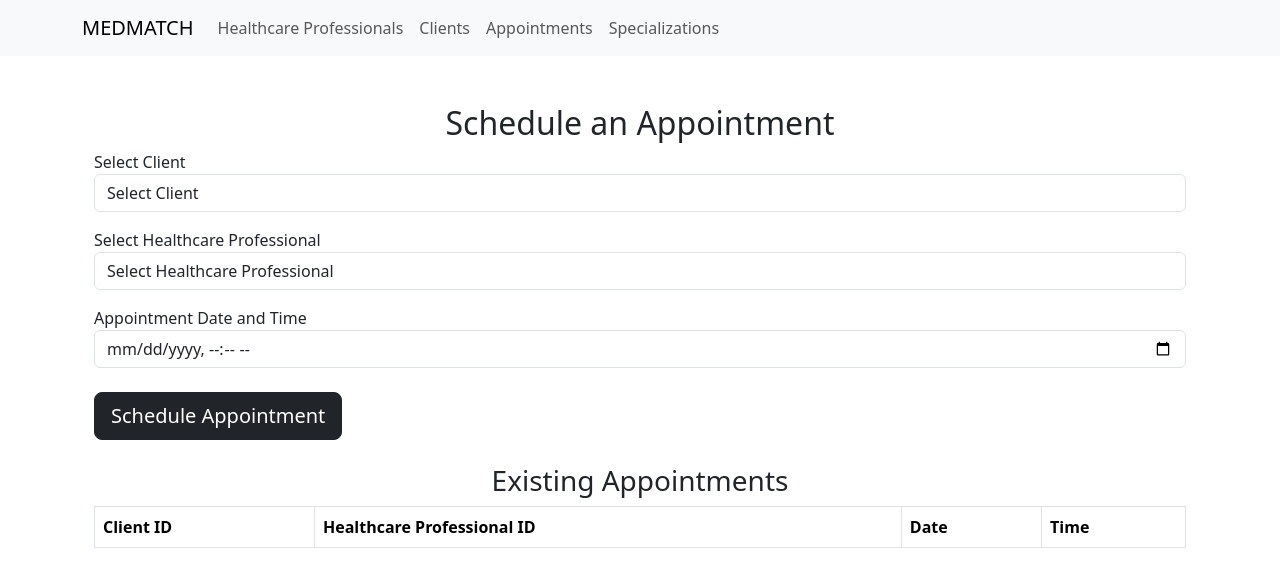
Repository: fahma20/medmatch-platform
Page: /appointments (app in client/)
These files come from the project's save history. The page is drawn as it stood at one moment and after the next save; the edit follows.
The browser window is 1280 px wide. The pictures show the whole page.
The page's requests for data from a server got no answer. The project was rebuilt for these pictures with package versions that can differ from the ones it lists, and the page was loaded fresh each time. No one was signed in, and anything a server would have sent is missing. Also part of the build but not shown: client/src/components/Healthcareprofessionals.js, client/src/components/Specializations.js, client/src/components/Clients.js, client/src/components/Homepage.js.

Above is the page before, as saved 2025-02-01 15:03:26.

### client/src/index.js
import React from "react";
import ReactDOM from "react-dom";
import App from './components/App';  // Correct path to the App component


ReactDOM.render(
  <React.StrictMode>
    <App />
  </React.StrictMode>,
  document.getElementById("root")
);

### client/src/components/App.js
import React from 'react';
import { BrowserRouter as Router, Routes, Route } from 'react-router-dom';
import 'bootstrap/dist/css/bootstrap.min.css';

import HealthcareProfessionals from './Healthcareprofessionals'; // Ensure the correct name and casing
import Specializations from './Specializations';
import Appointments from './Appointments';
import Clients from './Clients';
import Navbar from './Navbar';
import HomePage from './Homepage'; // Corrected import to HomePage

const App = () => {
  return (
    <Router>
      <Navbar /> {/* Your Navbar component */}
      <div className="container mt-5">
        <Routes>
          {/* Add HomePage as the route for the root path */}
          <Route path="/" element={<HomePage />} /> {/* Home Page */}
          <Route path="/clients" element={<Clients />} />
          <Route path="/appointments" element={<Appointments />} />
          <Route path="/specializations" element={<Specializations />} />
          <Route path="/healthcare-professionals" element={<HealthcareProfessionals />} /> {/* Healthcare Professionals Page */}
        </Routes>
      </div>
    </Router>
  );
};

export default App;

### client/src/components/Appointments.js

/*
import React, { useState, useEffect } from 'react';
import { Formik, Field, Form, ErrorMessage } from 'formik';
import * as Yup from 'yup';

const Appointments = () => {
  const [appointments, setAppointments] = useState([]);

  // Fetch appointments
  useEffect(() => {
    const fetchAppointments = async () => {
      try {
        const response = await fetch('http://127.0.0.1:5000/api/appointments');
        const data = await response.json();
        setAppointments(data);
      } catch (error) {
        console.error('Error fetching appointments:', error);
      }
    };
    fetchAppointments();
  }, []);

  // Validation schema for creating/editing appointment
  const validationSchema = Yup.object({
    clientId: Yup.number().required('Client ID is required'),
    doctorId: Yup.number().required('Doctor ID is required'),
    appointmentDate: Yup.date().required('Appointment date is required'),
  });

  // Handle form submission (create new appointment)
  const handleSubmit = async (values, { resetForm }) => {
    try {
      const response = await fetch('http://127.0.0.1:5000/api/appointments', {
        method: 'POST',
        headers: {
          'Content-Type': 'application/json',
        },
        body: JSON.stringify(values),
      });

      if (!response.ok) {
        console.error('Error adding appointment:', response);
        return;
      }

      const newAppointment = await response.json();
      setAppointments((prevAppointments) => [...prevAppointments, newAppointment]);
      resetForm();
    } catch (error) {
      console.error('Error adding appointment:', error);
    }
  };

  // Handle deleting an appointment
  const handleDelete = async (id) => {
    try {
      const response = await fetch(`http://127.0.0.1:5000/api/appointments/${id}`, {
        method: 'DELETE',
      });

      if (!response.ok) {
        console.error('Error deleting appointment:', response);
        return;
      }

      setAppointments((prevAppointments) =>
        prevAppointments.filter((appointment) => appointment.id !== id)
      );
    } catch (error) {
      console.error('Error deleting appointment:', error);
    }
  };

  return (
    <div>
      <h2>Appointments</h2>

      <Formik
        initialValues={{
          clientId: '',
          doctorId: '',
          appointmentDate: '',
        }}
        validationSchema={validationSchema}
        onSubmit={handleSubmit}
      >
        <Form>
          <div className="form-group">
            <label htmlFor="clientId">Client ID</label>
            <Field
              type="number"
              id="clientId"
              name="clientId"
              className="form-control"
            />
            <ErrorMessage name="clientId" component="div" className="text-danger" />
          </div>

          <div className="form-group">
            <label htmlFor="doctorId">Doctor ID</label>
            <Field
              type="number"
              id="doctorId"
              name="doctorId"
              className="form-control"
            />
            <ErrorMessage name="doctorId" component="div" className="text-danger" />
          </div>

          <div className="form-group">
            <label htmlFor="appointmentDate">Appointment Date</label>
            <Field
              type="date"
              id="appointmentDate"
              name="appointmentDate"
              className="form-control"
            />
            <ErrorMessage name="appointmentDate" component="div" className="text-danger" />
          </div>

          <button type="submit" className="btn btn-primary">Add Appointment</button>
        </Form>
      </Formik>

      <div className="mt-4">
        <h3>Appointments List</h3>
        {appointments.length === 0 ? (
          <p>No appointments available.</p>
        ) : (
          appointments.map((appointment) => (
            <div key={appointment.id} className="card mb-3">
              <div className="card-body">
                <h5 className="card-title">Appointment ID: {appointment.id}</h5>
                <p className="card-text">
                  <strong>Client ID:</strong> {appointment.clientId}
                </p>
                <p className="card-text">
                  <strong>Doctor ID:</strong> {appointment.doctorId}
                </p>
                <p className="card-text">
                  <strong>Date:</strong> {new Date(appointment.appointmentDate).toLocaleDateString()}
                </p>
                <button
                  className="btn btn-danger"
                  onClick={() => handleDelete(appointment.id)}
                >
                  Delete
                </button>
              </div>
            </div>
          ))
        )}
      </div>
    </div>
  );
};

export default Appointments;
*/
import React, { useState, useEffect } from 'react';

const Appointments = () => {
  const [clients, setClients] = useState([]);
  const [professionals, setProfessionals] = useState([]);
  const [appointments, setAppointments] = useState([]);
  const [appointmentDate, setAppointmentDate] = useState('');
  const [clientId, setClientId] = useState('');
  const [professionalId, setProfessionalId] = useState('');
  const [message, setMessage] = useState('');

  // Fetch clients and healthcare professionals
  useEffect(() => {
    const fetchClients = async () => {
      const response = await fetch('http://127.0.0.1:5000/api/clients');
      const data = await response.json();
      setClients(data);
    };

    const fetchProfessionals = async () => {
      const response = await fetch('http://127.0.0.1:5000/api/healthcare_professionals');
      const data = await response.json();
      setProfessionals(data);
    };

    const fetchAppointments = async () => {
      const response = await fetch('http://127.0.0.1:5000/api/appointments');
      const data = await response.json();
      setAppointments(data);
    };

    fetchClients();
    fetchProfessionals();
    fetchAppointments();
  }, []);

  // Handle form submission for creating appointment
  const handleSubmit = async (e) => {
    e.preventDefault();

    // The appointmentDate includes both date and time
    const newAppointment = {
      client_id: clientId,
      healthcare_professional_id: professionalId,
      date: appointmentDate, // This will be the full date-time value
    };

    try {
      const response = await fetch('http://127.0.0.1:5000/api/appointments', {
        method: 'POST',
        headers: {
          'Content-Type': 'application/json',
        },
        body: JSON.stringify(newAppointment),
      });

      if (response.ok) {
        const result = await response.json();
        setAppointments((prevAppointments) => [...prevAppointments, result]); // Update without refreshing
        setMessage('Appointment scheduled successfully!');
        resetForm();
      } else {
        setMessage('There was an issue scheduling the appointment.');
      }
    } catch (error) {
      setMessage('Error connecting to the server.');
    }
  };

  // Reset form fields
  const resetForm = () => {
    setClientId('');
    setProfessionalId('');
    setAppointmentDate('');
  };

  return (
    <div className="container mt-4">
      <h2 className="text-center">Schedule an Appointment</h2>
      <form onSubmit={handleSubmit}>
        <div className="form-group">
          <label>Select Client</label>
          <select
            className="form-control"
            value={clientId}
            onChange={(e) => setClientId(e.target.value)}
          >
            <option value="">Select Client</option>
            {clients.map((client) => (
              <option key={client.id} value={client.id}>
                {client.name}
              </option>
            ))}
          </select>
        </div>
        <div className="form-group mt-3">
          <label>Select Healthcare Professional</label>
          <select
            className="form-control"
            value={professionalId}
            onChange={(e) => setProfessionalId(e.target.value)}
          >
            <option value="">Select Healthcare Professional</option>
            {professionals.map((professional) => (
              <option key={professional.id} value={professional.id}>
                {professional.name}
              </option>
            ))}
          </select>
        </div>
        <div className="form-group mt-3">
          <label>Appointment Date and Time</label>
          <input
            type="datetime-local"
            className="form-control"
            value={appointmentDate}
            onChange={(e) => setAppointmentDate(e.target.value)}
            required
          />
        </div>
        <button type="submit" className="btn btn-dark btn-lg mt-4">
          Schedule Appointment
        </button>
      </form>

      {message && <div className="mt-4 alert alert-info">{message}</div>}

      <div className="mt-4">
        <h3 className="text-center">Existing Appointments</h3>
        <table className="table table-bordered">
          <thead>
            <tr>
              <th>Client ID</th>
              <th>Healthcare Professional ID</th>
              <th>Date</th>
              <th>Time</th>
            </tr>
          </thead>
          <tbody>
            {appointments.map((appointment) => (
              <tr key={appointment.id}>
                <td>{appointment.client_id}</td>
                <td>{appointment.healthcare_professional_id}</td>
                <td>{appointment.date}</td>
                <td>{appointment.time}</td>
              </tr>
            ))}
          </tbody>
        </table>
      </div>
    </div>
  );
};

export default Appointments;

### client/src/components/Navbar.js
/*import React from 'react';
import { Link } from 'react-router-dom';

const Navbar = () => {
  return (
    <nav className="navbar navbar-expand-lg navbar-light bg-light">
      <a className="navbar-brand" href="/">MedMatch</a>
      <div className="collapse navbar-collapse">
        <ul className="navbar-nav ml-auto">
          <li className="nav-item">
            <Link className="nav-link" to="/">Healthcare Professionals</Link>
          </li>
          <li className="nav-item">
            <Link className="nav-link" to="/clients">Clients</Link>
          </li>
          <li className="nav-item">
            <Link className="nav-link" to="/appointments">Appointments</Link>
          </li>
        </ul>
      </div>
    </nav>
  );
};

export default Navbar;
*/

// Navbar.js
import React from 'react';
import { Link } from 'react-router-dom';

const Navbar = () => {
  return (
    <nav className="navbar navbar-expand-lg navbar-light bg-light">
      <div className="container">
        <Link className="navbar-brand" to="/">MEDMATCH</Link>
        <button
          className="navbar-toggler"
          type="button"
          data-bs-toggle="collapse"
          data-bs-target="#navbarNav"
          aria-controls="navbarNav"
          aria-expanded="false"
          aria-label="Toggle navigation"
        >
          <span className="navbar-toggler-icon"></span>
        </button>
        <div className="collapse navbar-collapse" id="navbarNav">
          <ul className="navbar-nav">
            <li className="nav-item">
              <Link className="nav-link" to="/healthcare-professionals">Healthcare Professionals</Link>
            </li>
            <li className="nav-item">
              <Link className="nav-link" to="/clients">Clients</Link>
            </li>
            <li className="nav-item">
              <Link className="nav-link" to="/appointments">Appointments</Link>
            </li>
            <li className="nav-item">
              <Link className="nav-link" to="/specializations">Specializations</Link>
            </li>
          </ul>
        </div>
      </div>
    </nav>
  );
};

export default Navbar;

Loaded but not shown: client/public/index.html (common file)

After the next save:
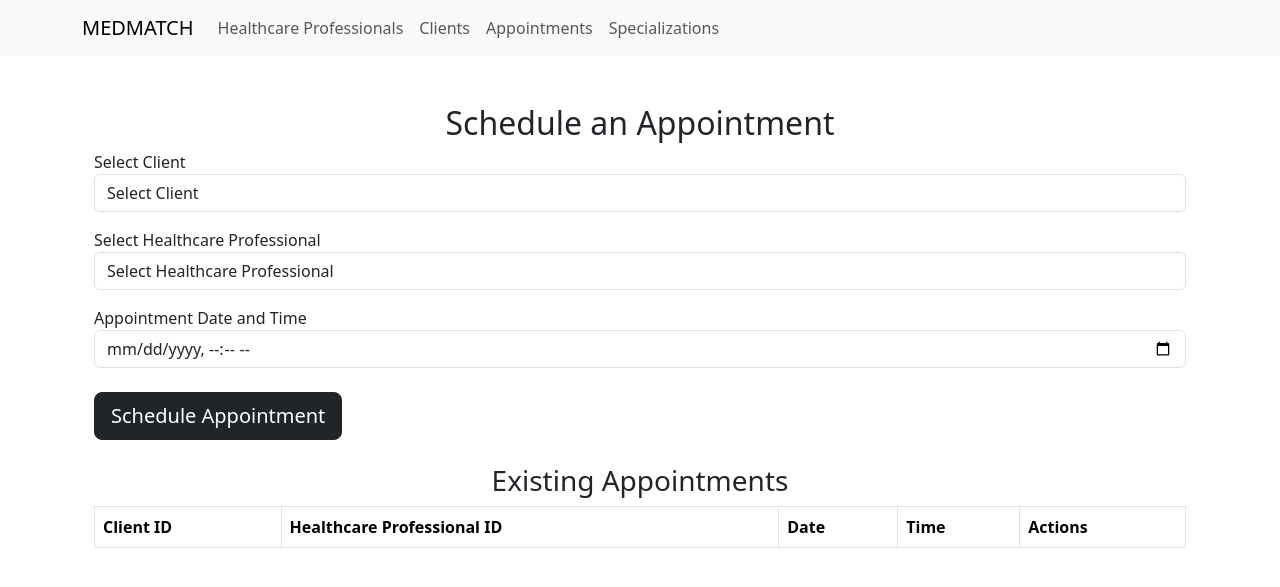
Saved 2 min 40 s later.
--- a/client/src/components/Appointments.js
+++ b/client/src/components/Appointments.js
@@ -198,11 +198,10 @@ const Appointments = () => {
   const handleSubmit = async (e) => {
     e.preventDefault();
 
-    // The appointmentDate includes both date and time
     const newAppointment = {
       client_id: clientId,
       healthcare_professional_id: professionalId,
-      date: appointmentDate, // This will be the full date-time value
+      date: appointmentDate, // Make sure the date is in the correct format
     };
 
     try {
@@ -216,7 +215,7 @@ const Appointments = () => {
 
       if (response.ok) {
         const result = await response.json();
-        setAppointments((prevAppointments) => [...prevAppointments, result]); // Update without refreshing
+        setAppointments((prevAppointments) => [...prevAppointments, result]); // Add new appointment to state without refreshing
         setMessage('Appointment scheduled successfully!');
         resetForm();
       } else {
@@ -227,11 +226,29 @@ const Appointments = () => {
     }
   };
 
-  // Reset form fields
+  // Reset form fields after submission
   const resetForm = () => {
     setClientId('');
     setProfessionalId('');
     setAppointmentDate('');
+  };
+
+  // Handle appointment deletion
+  const handleDelete = async (appointmentId) => {
+    try {
+      const response = await fetch(`http://127.0.0.1:5000/api/appointments/${appointmentId}`, {
+        method: 'DELETE',
+      });
+
+      if (response.ok) {
+        setAppointments((prevAppointments) => prevAppointments.filter(appointment => appointment.id !== appointmentId));
+        setMessage('Appointment deleted successfully!');
+      } else {
+        setMessage('Error deleting the appointment.');
+      }
+    } catch (error) {
+      setMessage('Error connecting to the server while deleting.');
+    }
   };
 
   return (
@@ -294,6 +311,7 @@ const Appointments = () => {
               <th>Healthcare Professional ID</th>
               <th>Date</th>
               <th>Time</th>
+              <th>Actions</th>
             </tr>
           </thead>
           <tbody>
@@ -303,6 +321,14 @@ const Appointments = () => {
                 <td>{appointment.healthcare_professional_id}</td>
                 <td>{appointment.date}</td>
                 <td>{appointment.time}</td>
+                <td>
+                  <button
+                    className="btn btn-danger"
+                    onClick={() => handleDelete(appointment.id)}
+                  >
+                    Delete
+                  </button>
+                </td>
               </tr>
             ))}
           </tbody>
